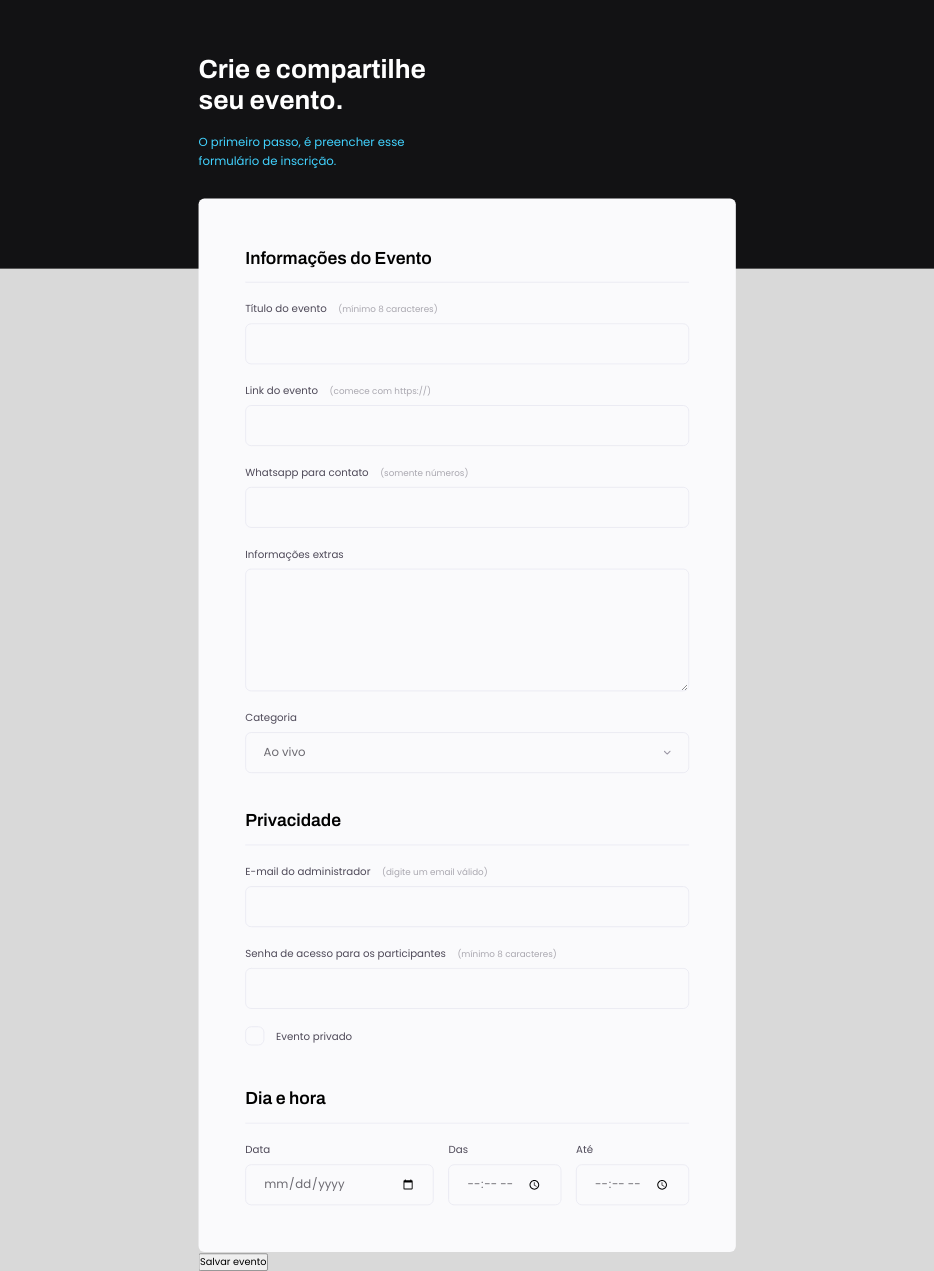
Repository: devMuriloOliveira/Formulario
Page: index.html
An editor plug-in stored every save of this project. The page is shown before and after the next save, followed by the edit.
The browser window is 1280 px wide. The pictures show the whole page, at 73% of full size.

Above is the page before, as saved 2023-11-03 19:28:36.

### index.html
<!DOCTYPE html>
<html lang="en">
  <head>
    <link rel="preconnect" href="https://fonts.googleapis.com" />
    <link rel="preconnect" href="https://fonts.gstatic.com" crossorigin />
    <meta charset="UTF-8" />
    <meta name="viewport" content="width=device-width, initial-scale=1.0" />
    <title>Crie seu evento</title>
    <link rel="stylesheet" href="style.css" />

    <link
      href="https://fonts.googleapis.com/css2?family=Archivo:wght@600;700&family=Poppins&display=swap"
      rel="stylesheet"
    />
  </head>
  <body>
    <div class="page">
      <header>
        <h1>Crie e compartilhe seu evento.</h1>
        <p>O primeiro passo, é preencher esse formulário de inscrição.</p>
      </header>

      <form>
        <fieldset>
          <div class="fieldset-wrapper">
            <legend>Informações do Evento</legend>

            <div class="input-wrapper">
              <label for="event-title">
                Título do evento <span>(mínimo 8 caracteres)</span>
              </label>
              <input type="text" id="event-title" />
            </div>

            <div class="input-wrapper">
              <label for="event-link">
                Link do evento <span>(comece com https://)</span>
              </label>
              <input type="url" id="event-link" />
            </div>

            <div class="input-wrapper">
              <label for="event-whatsapp">
                Whatsapp para contato <span>(somente números)</span>
              </label>
              <input type="number" id="event-whatsapp" />
            </div>

            <div class="input-wrapper">
              <label for="event-info">Informações extras</label>
              <textarea id="event-info"></textarea>
            </div>

            <div class="input-wrapper">
              <label for="event-category"> Categoria </label>
              <select id="event-category">
                <option value="live">Ao vivo</option>
                <option value="podcast">Podcast</option>
                <option value="mentorship">Mentoria</option>
              </select>
            </div>
          </div>
        </fieldset>

        <fieldset>
          <div class="fieldset-wrapper">
            <legend>Privacidade</legend>

            <div class="input-wrapper">
              <label for="event-email">
                E-mail do administrador <span>(digite um email válido)</span>
              </label>
              <input type="email" id="event-email" />
            </div>

            <div class="input-wrapper">
              <label for="event-password">
                Senha de acesso para os participantes
                <span>(mínimo 8 caracteres)</span>
              </label>
              <input type="password" id="event-password" />
            </div>

            <div class="checkbox-wrapper">
              <input type="checkbox" id="event-private" />
              <label for="event-private">Evento privado</label>
            </div>
          </div>
        </fieldset>

        <fieldset>
          <div class="fieldset-wrapper">
            <legend>Dia e hora</legend>

            <div class="col-3">
              <div class="input-wrapper">
                <label for="event-date"> Data </label>
                <input type="date" id="event-date" />
              </div>

              <div class="input-wrapper">
                <label for="event-begin"> Das </label>
                <input type="time" id="event-begin" />
              </div>

              <div class="input-wrapper">
                <label for="event-end"> Até </label>
                <input type="time" id="event-end" />
              </div>
            </div>
          </div>
        </fieldset>
      </form>
      <footer>
        <input type="submit" value="Salvar evento" />
      </footer>
    </div>
  </body>
</html>

### style.css
*{
  padding: 0;
  margin: 0;
  box-sizing: border-box;
}

body, input, button, select, textarea{
  font-family: 'Poppins', sans-serif;
}

body{
  background-color: #D9D9D9;
}

body::before{
  content: '';
  width: 100%;
  height: 368px;

  position: absolute;
  top: 0;
  left: 0;
  z-index: -1;
  background: #121214;
}

.page{
  width: 736px;
  margin: auto;
}

header{
  width: 319px;
  margin-top: 74px;

}

header h1{
  font-family: 'Archivo', sans-serif;
  font-weight: bold;

  font-size: 36px;
  line-height: 42px;
  color: white;

  margin-bottom: 24px;
}

header p{
  color: #42D3FF;
  font-size: 16px;
  line-height: 26px;
}

form{
  margin-top: 38px;
  background: #FAFAFC;

  border-radius: 8px;
  min-height: 300px;

  padding: 64px;

  display: flex;
  flex-direction: column;
  gap: 48px;
}

fieldset{
  border: none;
}

.fieldset-wrapper{
  display: flex;
  flex-direction: column;
  gap: 24px;
}


fieldset legend{
  font-family: 'Archivo';
  font-weight: 600;
  font-size: 24px;
  line-height: 34px;

  width: 100%;
  border-bottom: 1px solid #E6E6F0;

  padding-bottom: 16px;
}

.input-wrapper{
  display: flex;
  flex-direction: column;
}

.input-wrapper label,
.checkbox-wrapper{
  font-size: 14px;
  line-height: 24px;

  color: #4E4958;
  margin-bottom: 8px;
}

.input-wrapper label span{
  margin-left: 12px;

  line-height: 20px;
  font-size: 12px;
  color: #a9a7af;
}

.input-wrapper label span:hover{
  color: #6c6a71;
}

 .input-wrapper input,
 .input-wrapper textarea,
 .input-wrapper select{
  background: #FAFAFC;

  border: 1px solid #E6E6F0;
  border-radius: 8px;
  height: 56px;

  padding: 0 24px;
  font-size: 16px;

  line-height: 26px;

  color: #6C6A71;
}

.input-wrapper textarea{
 padding: 0;
 height: 168px;


}

.input-wrapper select{
  appearance: none;
  background-image: url("data:[embedded picture, 242 characters]");
  background-repeat: no-repeat;
  background-position: right 24px top 50%;
}

.col-3{
  display: flex;
  gap: 20px;
}

.col-3 > div:nth-child(1){
  width: 100%;
}

.checkbox-wrapper{
  position: relative;
}

.checkbox-wrapper label{
  display: flex;
  align-items: center;
  margin: 0;
  gap: 16px;
}

.checkbox-wrapper input{
  position: absolute;
  top: 0;
  left: 0;
  width: 24px;
  height: 24px;

  opacity: 0;
}

.checkbox-wrapper label::before{
  content: '';
  width: 24px;
  height: 24px;
  display: block;
  border: 1px solid #E6E6F0;
  border-radius: 8px;
}

.checkbox-wrapper input:checked + label::before{
  background-image: url("data:[embedded picture, 386 characters]");
}

.checkbox-wrapper input:focus + label::before{
  outline: 2px solid black;
}

.form-buttons{
  background-color: #F0F0F4;
}

After the next save:
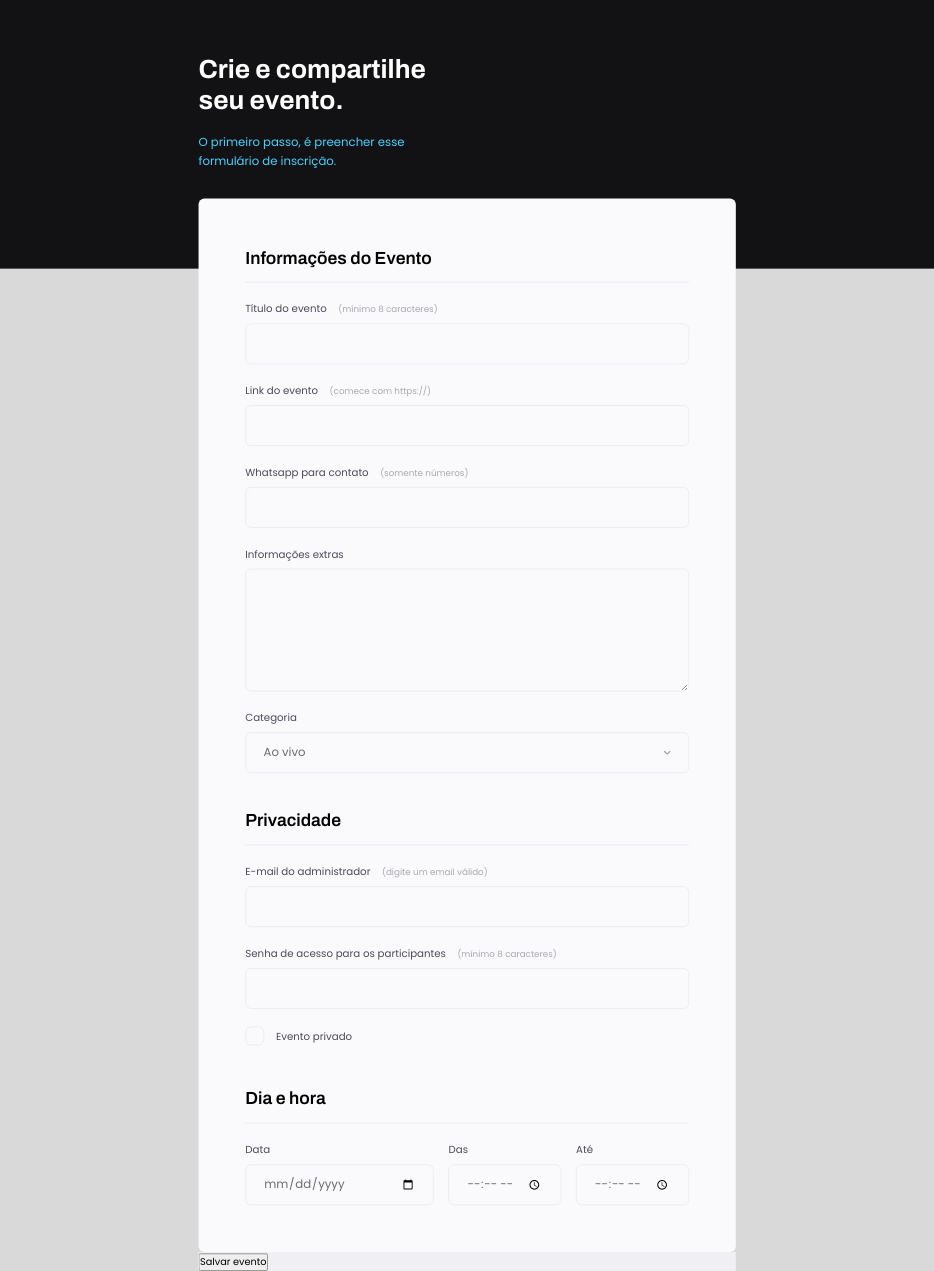
Saved 10 s later.
--- a/style.css
+++ b/style.css
@@ -193,6 +193,6 @@ fieldset legend{
   outline: 2px solid black;
 }
 
-.form-buttons{
+footer{
   background-color: #F0F0F4;
 }
